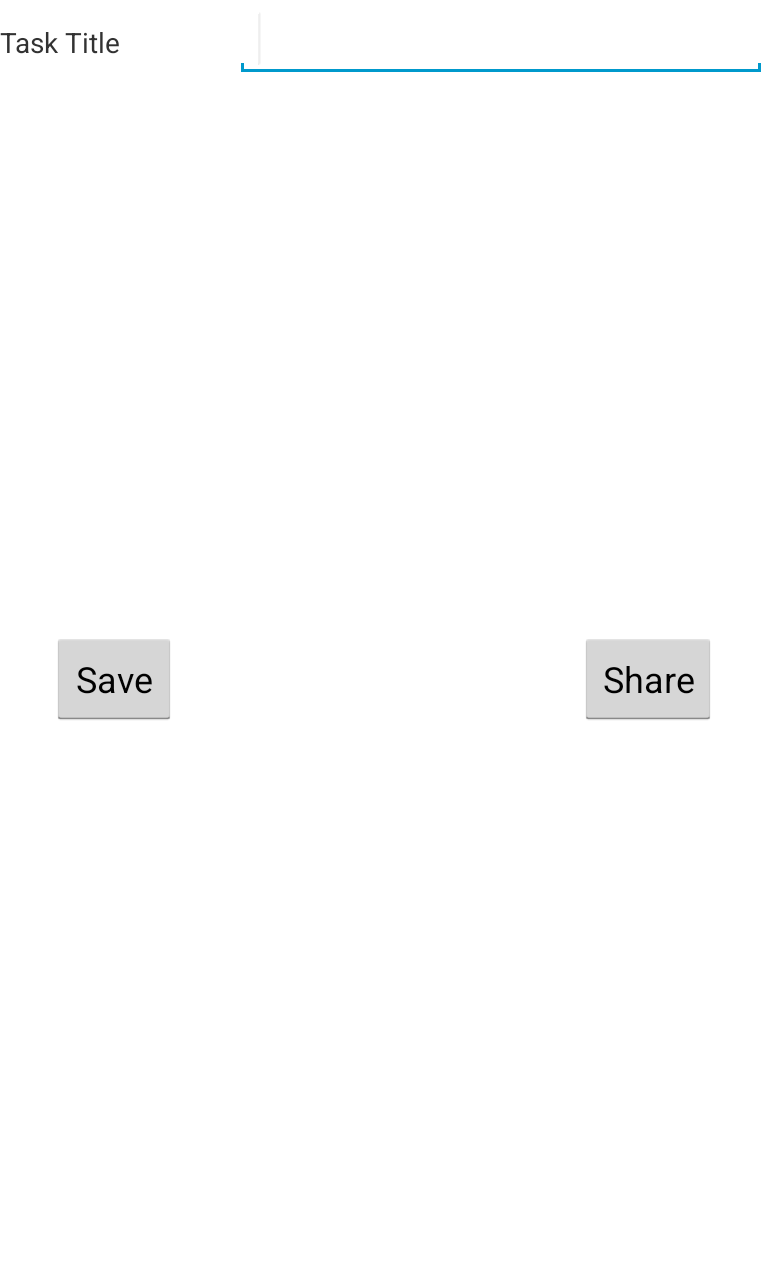
Repository: yj354/alwaysonworkspace
Layout: ListyTasky001/res/layout/activity_2_0.xml
The author's editor kept a copy of each file at every save. The layout is drawn from the files as they stood at one save, then again after the next save.
It is drawn on a 768 x 1280 px phone screen (xhdpi) without system bars, with theme AppTheme; the app's code is not run.

Above is the layout before, as saved 2014-03-06 07:47:05.

### ListyTasky001/res/layout/activity_2_0.xml
<?xml version="1.0" encoding="utf-8"?>
<LinearLayout xmlns:android="http://schemas.android.com/apk/res/android"
    android:layout_width="match_parent"
    android:layout_height="match_parent"
    android:layoutMode="opticalBounds"
    android:orientation="vertical" >

    <LinearLayout
        android:layout_width="match_parent"
        android:layout_height="wrap_content"
        android:layout_weight="0.5"
        android:layoutMode="opticalBounds"
        android:orientation="horizontal" >

        <TextView
            android:id="@+id/textView20.0"
            android:layout_width="wrap_content"
            android:layout_height="wrap_content"
            android:layout_weight="0.5"
            android:text="Task Title" />

        <EditText
            android:id="@+id/editText20.0"
            android:layout_width="wrap_content"
            android:layout_height="wrap_content"
            android:layout_weight="0.5"
            android:ems="10" >

            <requestFocus />
        </EditText>

    </LinearLayout>

    <RelativeLayout
        android:layout_width="match_parent"
        android:layout_height="wrap_content"
        android:layout_weight="0.5"
        android:layoutMode="opticalBounds"
        android:orientation="horizontal" >

        <Button
            android:id="@+id/button20.0"
            android:layout_width="wrap_content"
            android:layout_height="wrap_content"
            android:layout_alignParentLeft="true"
            android:layout_alignParentTop="true"
            android:layout_marginLeft="25dp"
            android:text="Save" />

        <Button
            android:id="@+id/button20.1"
            android:layout_width="wrap_content"
            android:layout_height="wrap_content"
            android:layout_alignParentRight="true"
            android:layout_alignParentTop="true"
            android:layout_marginRight="25dp"
            android:text="Share" />

    </RelativeLayout>

</LinearLayout>

Loaded but not shown: ListyTasky001/res/values/styles.xml (common file); ListyTasky001/res/values-v11/styles.xml (common file); ListyTasky001/res/values-v14/styles.xml (common file)

After the next save:
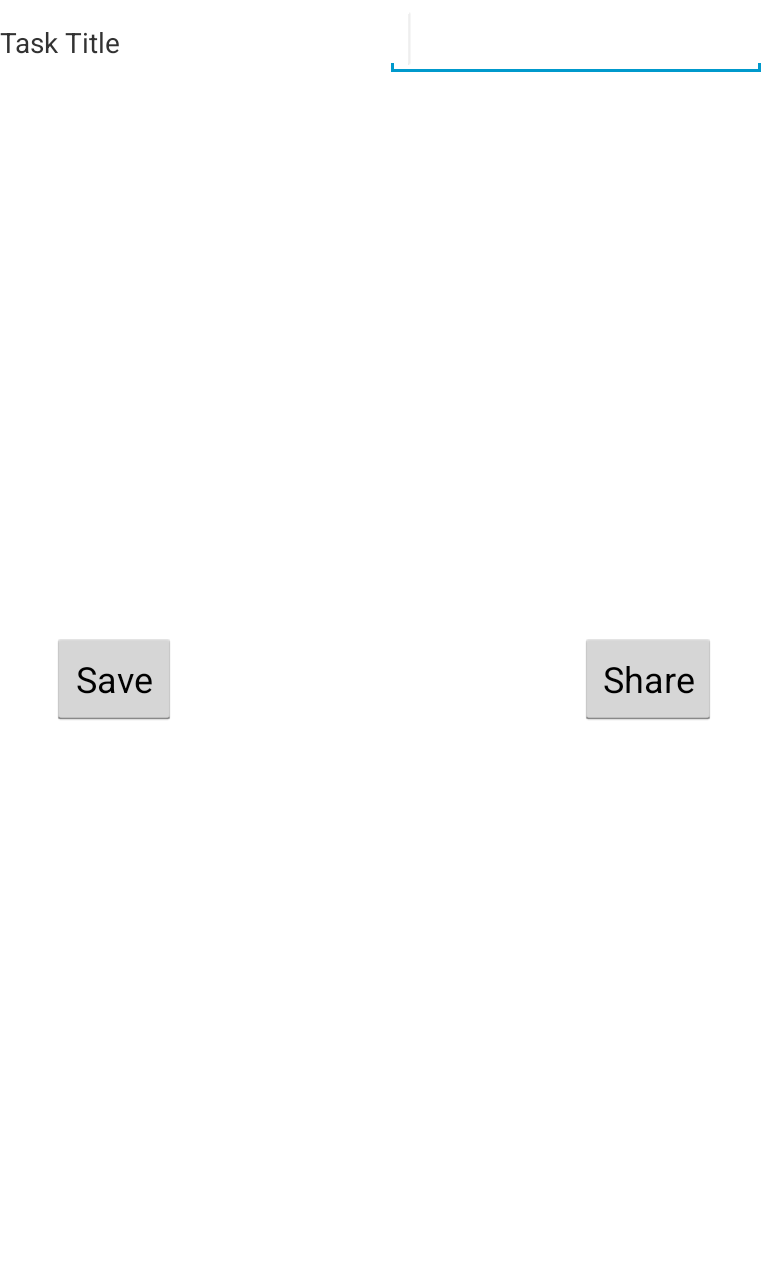
Saved 2 min 4 s later.
--- a/ListyTasky001/res/layout/activity_2_0.xml
+++ b/ListyTasky001/res/layout/activity_2_0.xml
@@ -14,14 +14,14 @@
 
         <TextView
             android:id="@+id/textView20.0"
-            android:layout_width="wrap_content"
+            android:layout_width="250dp"
             android:layout_height="wrap_content"
             android:layout_weight="0.5"
             android:text="Task Title" />
 
         <EditText
             android:id="@+id/editText20.0"
-            android:layout_width="wrap_content"
+            android:layout_width="250dp"
             android:layout_height="wrap_content"
             android:layout_weight="0.5"
             android:ems="10" >
